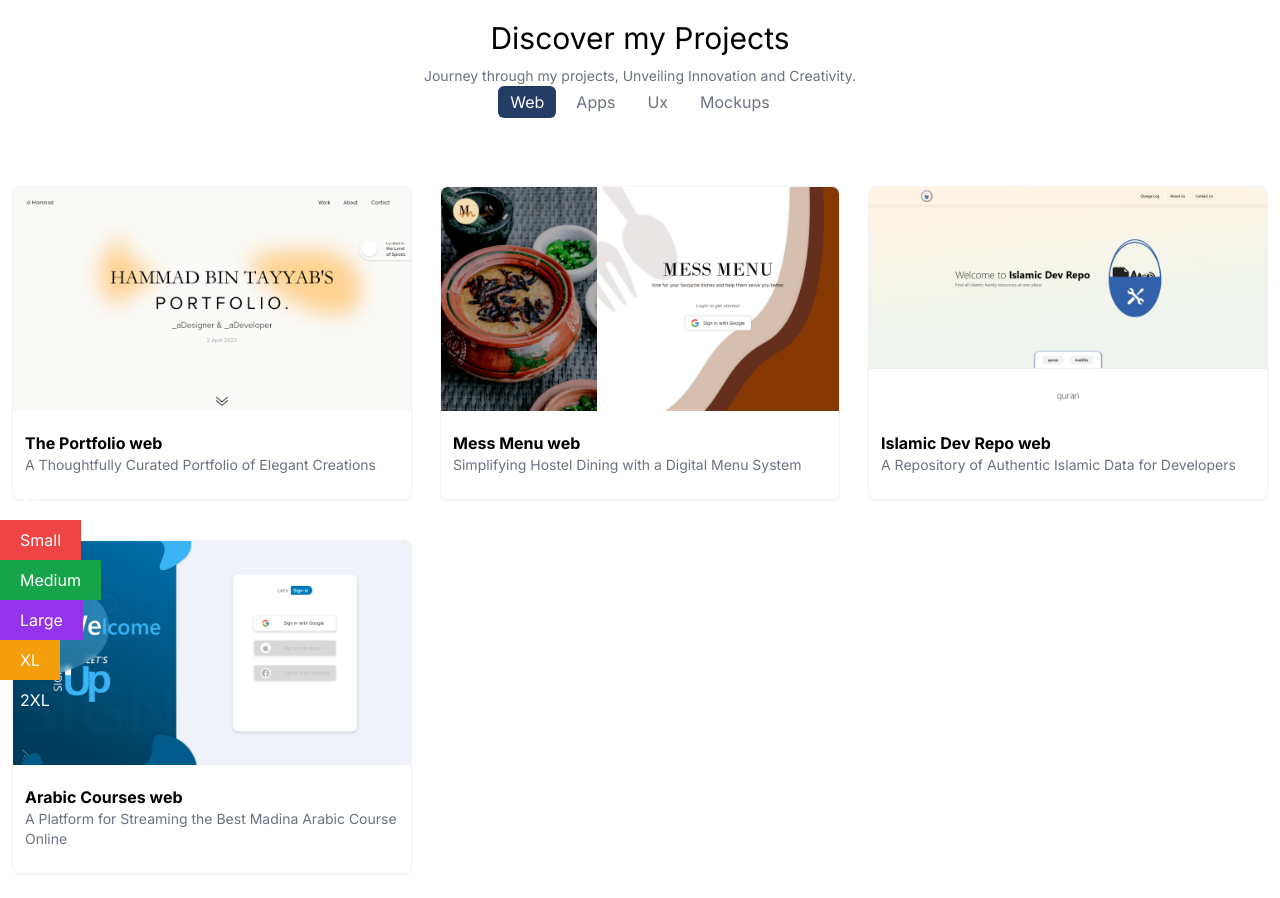
Repository: SpicierEwe/my_portfolio_v2
Page: /
The author's editor kept a copy of each file at every save. The page is drawn from the files as they stood at one save, then again after the next save.
The browser window is 1280 px wide. The pictures show the whole page.
The project was rebuilt for these pictures with package versions that can differ from the ones it lists, and the page was loaded fresh each time. The framework's server and built-in components were replaced by stand-ins that run in the browser. Also part of the build but not shown: next.config.js, core/utils/customIcons.js, core/utils/utils.tsx, core/db/sub_db_data/ux_db.js.

Above is the page before, as saved 2024-04-22 12:01:22.

After the next save:
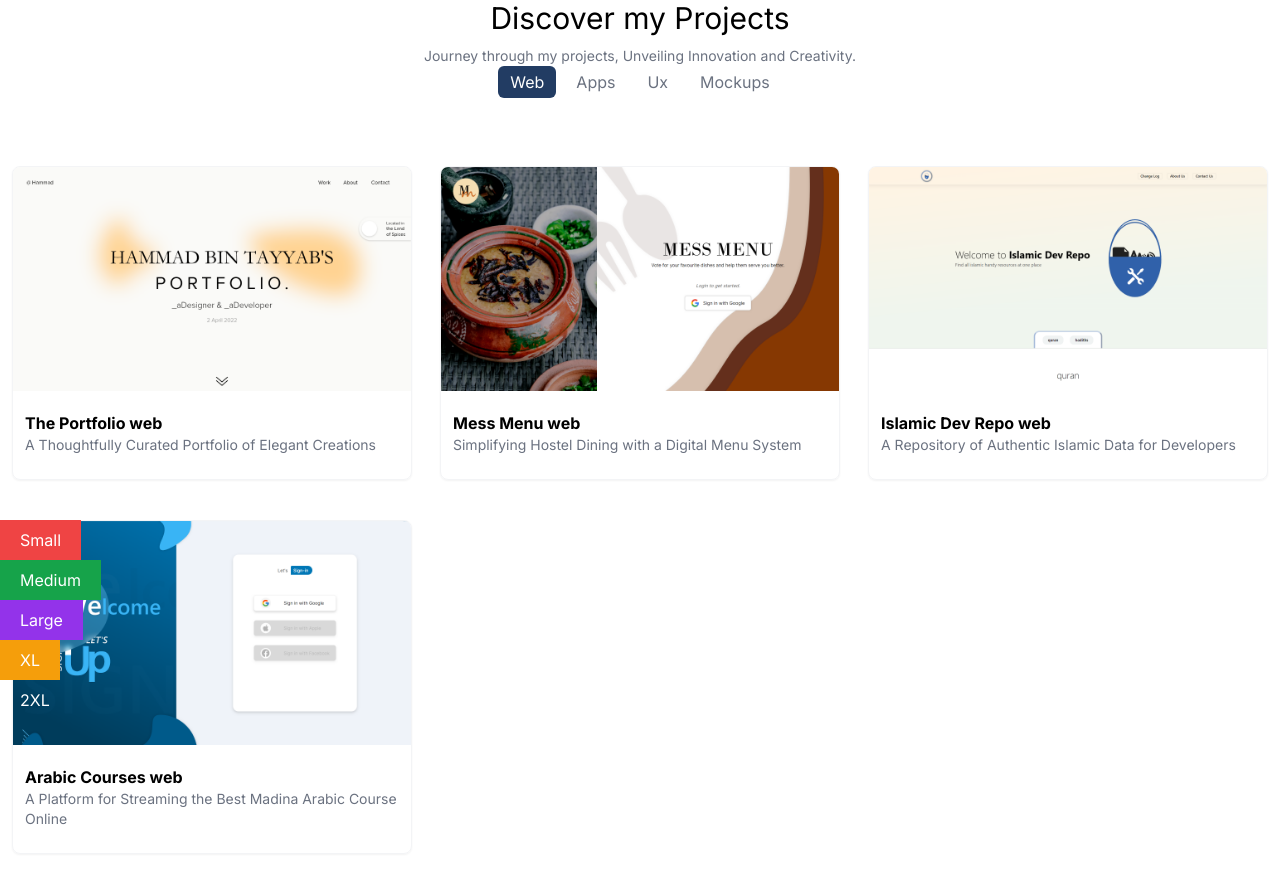
Saved 9 s later.
--- a/Components/Work_section/work_section.tsx
+++ b/Components/Work_section/work_section.tsx
@@ -11,7 +11,7 @@ export default function WorkSection() {
   return (
     <section className="">
       {/* header */}
-      <header className="flex flex-col items-center mt-5">
+      <header className="flex flex-col items-center pt-7">
         <h2 className="text-center text-2xl md:text-3xl">
           Discover my Projects
         </h2>
